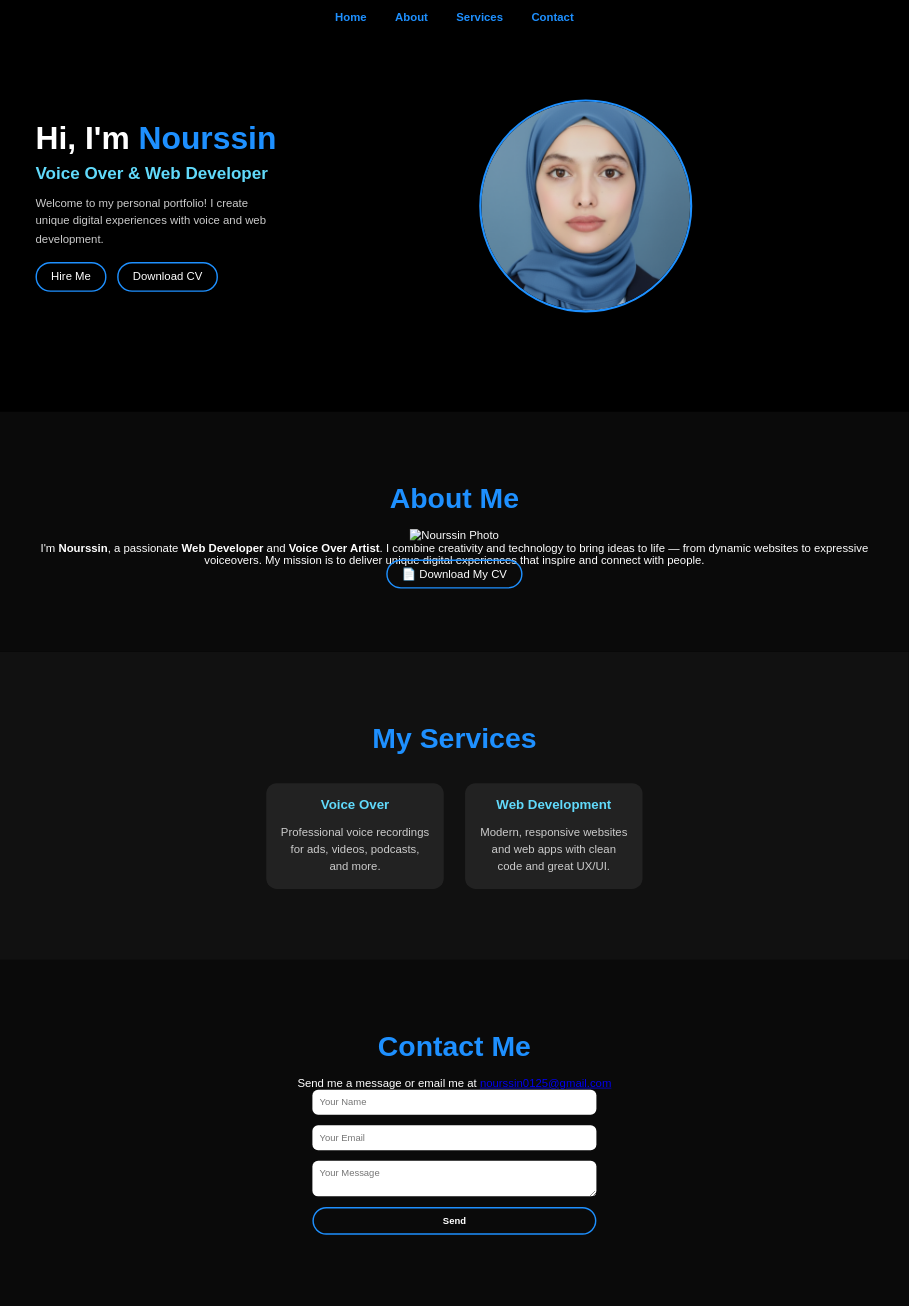
Repository: Abidar-Noura/portfolio
Page: index.html
The author's editor kept a copy of each file at every save. The page is drawn from the files as they stood at one save, then again after the next save.
The browser window is 1280 px wide. The pictures show the whole page, at 71% of full size.

Above is the page before, as saved 2025-11-02 11:32:17.
Not found: images/profile2.jpg

After the next save:
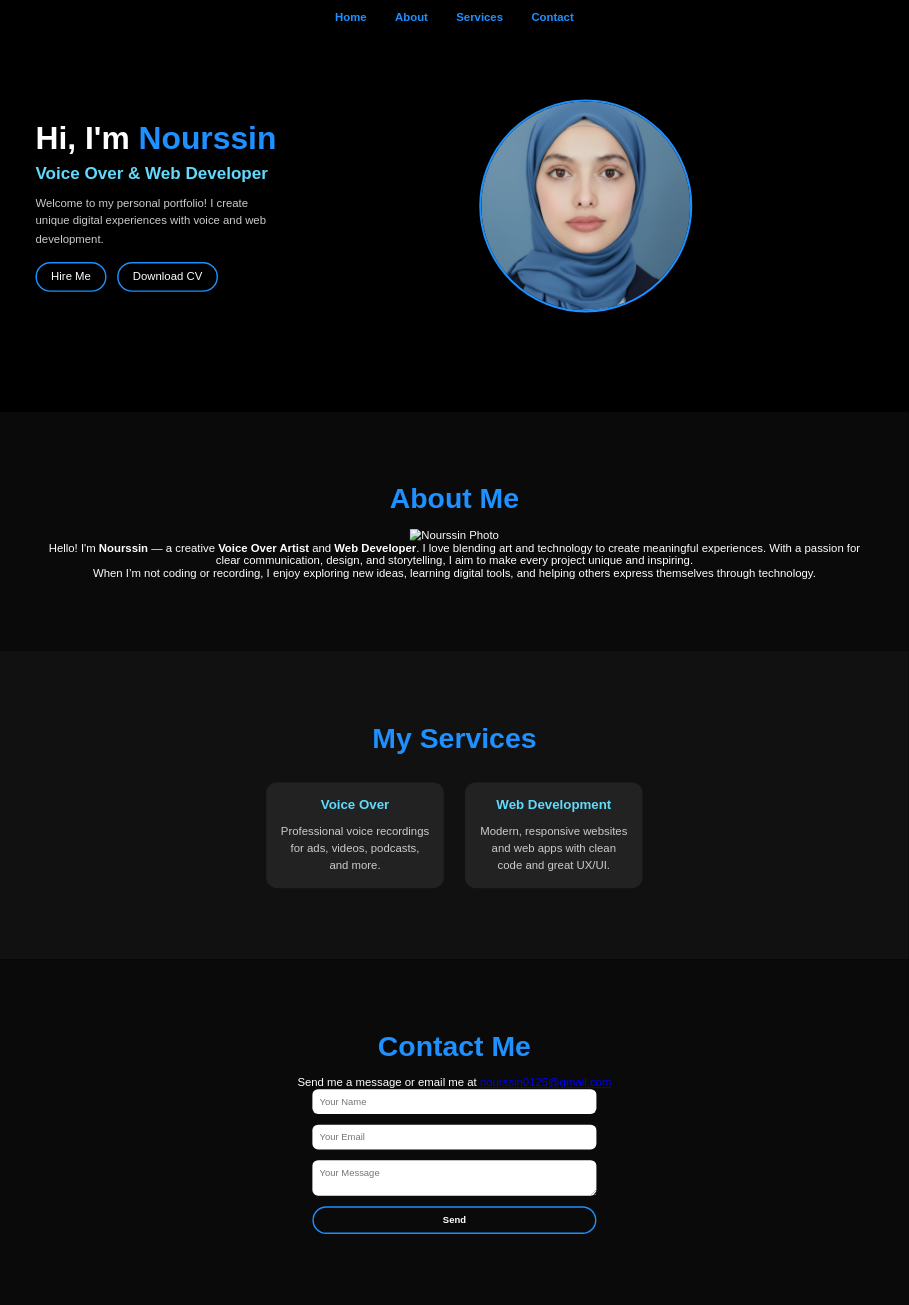
Not found: images/nourssin-about.jpg
Saved 4 min 1 s later.
--- a/index.html
+++ b/index.html
@@ -40,14 +40,18 @@
  <section id="about" class="about">
   <h2>About Me</h2>
   <div class="about-content">
-    <img src="images/profile2.jpg" alt="Nourssin Photo">
+    <img src="images/nourssin-about.jpg" alt="Nourssin Photo">
     <div class="text">
       <p>
-        I'm <strong>Nourssin</strong>, a passionate <strong>Web Developer</strong> and <strong>Voice Over Artist</strong>.
-        I combine creativity and technology to bring ideas to life — from dynamic websites to expressive voiceovers.
-        My mission is to deliver unique digital experiences that inspire and connect with people.
+        Hello! I'm <strong>Nourssin</strong> — a creative <strong>Voice Over Artist</strong> and <strong>Web Developer</strong>.
+        I love blending art and technology to create meaningful experiences.
+        With a passion for clear communication, design, and storytelling,
+        I aim to make every project unique and inspiring.
       </p>
-      <a href="cv/Nourssin_CV.pdf" download class="btn">📄 Download My CV</a>
+      <p>
+        When I’m not coding or recording, I enjoy exploring new ideas,
+        learning digital tools, and helping others express themselves through technology.
+      </p>
     </div>
   </div>
 </section>
